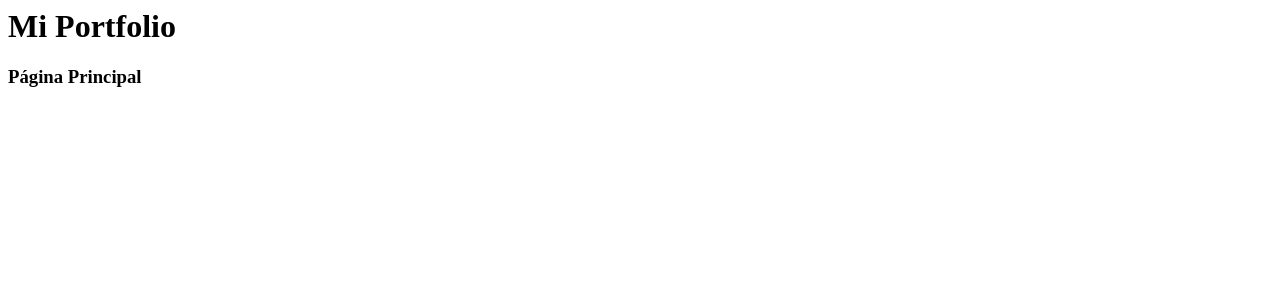
Repository: AlejandroJesusSerrano/portfolio
Page: http://localhost/
An editor plug-in stored every save of this project. The page is shown before and after the next save, followed by the edit.
The browser window is 1280 px wide. The pictures show the whole page.
The page is served by the project's application, run on Django 4.2 (manage.py).

Above is the page before, as saved 2023-09-04 10:26:30.

After the next save:
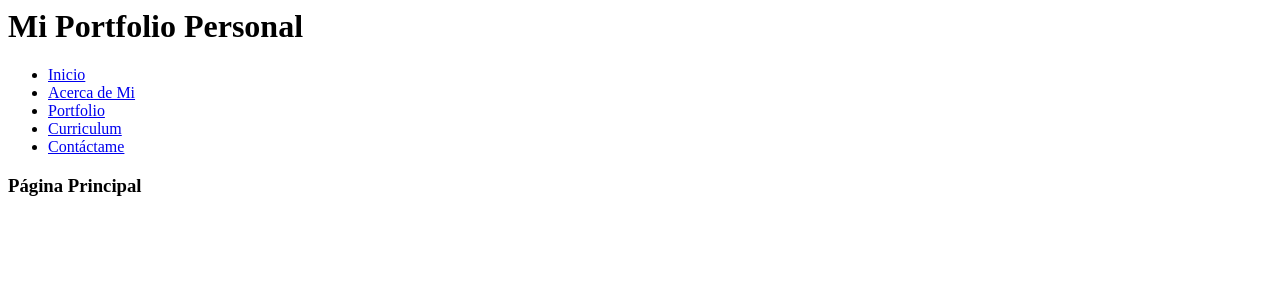
Saved 12 min 22 s later.
--- a/portfolio/core/views.py
+++ b/portfolio/core/views.py
@@ -1,17 +1,27 @@
 from django.shortcuts import render, HttpResponse
 
+html_header = """
+<h1>Mi Portfolio Personal</h1>
+  <ul>
+    <li> <a href="/">Inicio</a> </li>
+    <li> <a href="about-me/">Acerca de Mi</a> </li>
+    <li> <a href="portfolio/">Portfolio</a> </li>
+    <li> <a href="curriculum/">Curriculum</a> </li>
+    <li> <a href="contact/">Contáctame</a> </li>
+  </ul>
+"""
 # Create your views here.
 def home(request):
-  return HttpResponse("<h1>Mi Portfolio</h1><h3>Página Principal</h3>")
+  return HttpResponse(html_header + "<h3>Página Principal</h3>")
 
 def about(request):
-  return HttpResponse("<h1>Mi Porfolio Personal</h1><h3>Acerca de...</h3><p>Mi nombre es Alejandro Jesús Serrano y soy programador")
+  return HttpResponse(html_header + "<h3>Acerca de Mi</h3><p>Mi nombre es Alejandro Jesús Serrano y soy programador")
+
+def portfolio(request):
+  return HttpResponse(html_header + "<h3>Portfolio</h3><p>Estos son los proyectos que he desarrollado</p>")
+
+def curriculum(request):
+  return HttpResponse(html_header + "<h3>Curriculum</h3><p>Especializaciones...</p><p>Futuros Conocimientos</p><p>Aprendiendo Actualmente</p>")
 
 def contact(request):
-  return HttpResponse("<h1>Mi Portfolio Personal</h1><h3>Contacto</h3><p>Por favor complete el formulario de contacto</p>")
-
-def portfolio(request):
-  return HttpResponse("<h1>Mi Portfolio Personal</h1><h3>Proyectos</h3><p>Estos son los proyectos que he desarrollado</p>")
-
-def curriculum(request):
-  return HttpResponse("<h1>Mi Portfolio Personal</h1><h3>Habilidades y Especialidades</h3><p>Especializaciones...</p><p>Futuros Conocimientos</p><p>Aprendiendo Actualmente</p>")
+  return HttpResponse(html_header + "<h3>Contacto</h3><p>Por favor complete el formulario de contacto</p>")
